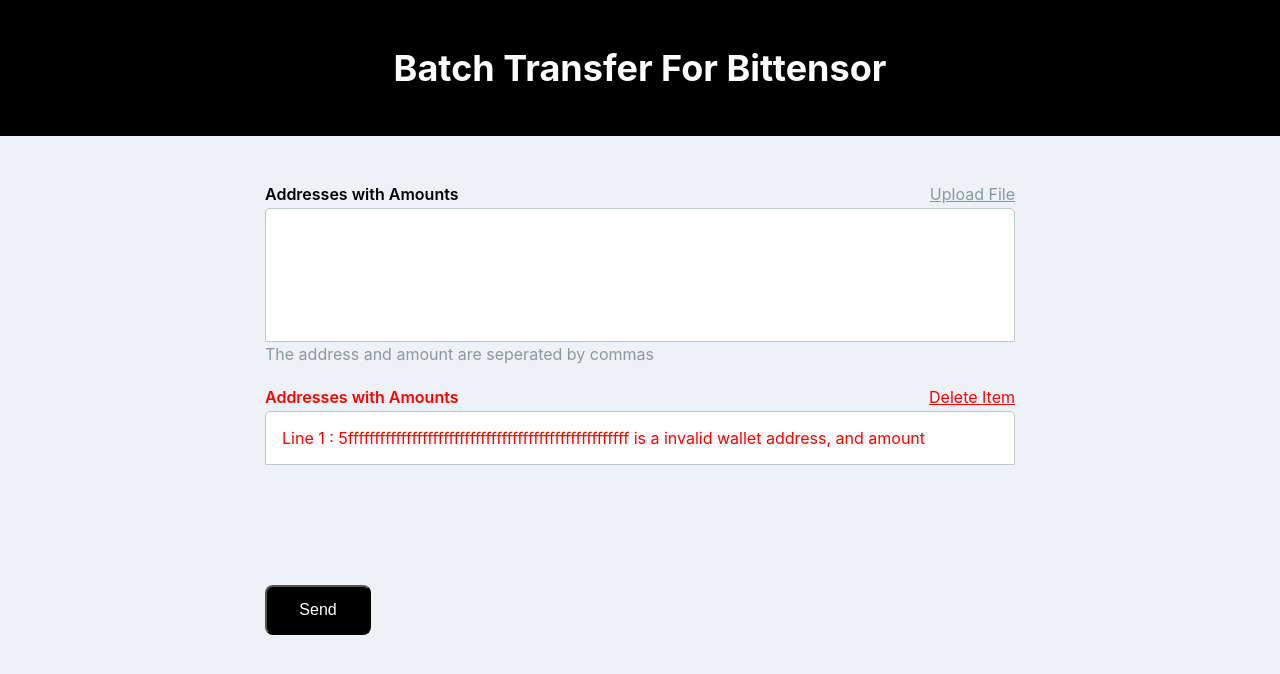
Repository: Dawid-Ace/batch_transfer_tao_master_ui
Page: /
An editor plug-in stored every save of this project. The page is shown before and after a run of saves, followed by the edit.
The browser window is 1280 px wide. The pictures show the whole page.
The project was rebuilt for these pictures with package versions that can differ from the ones it lists, and the page was loaded fresh each time.

Above is the page before, as saved 2023-05-10 05:01:43.

After the next 2 saves:
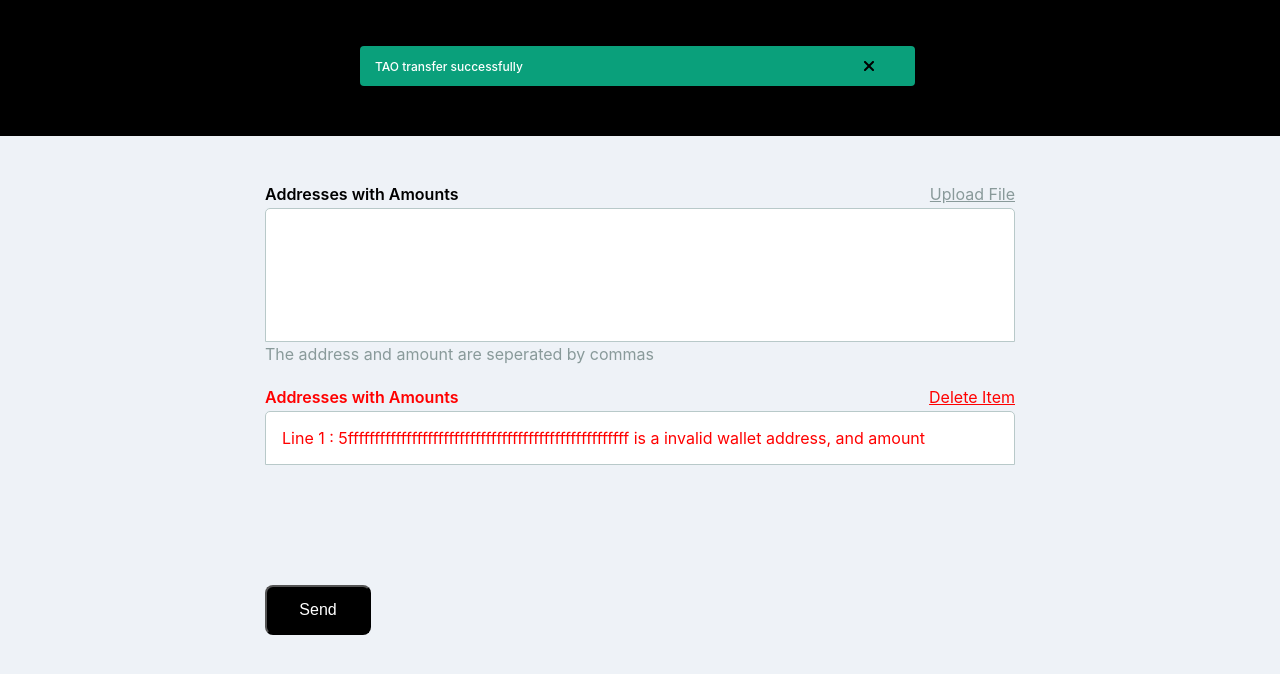
The 2 saves are shown as one change because 1 did not build or start.
The last was saved 33 s later.
--- a/src/App.js
+++ b/src/App.js
@@ -7,6 +7,7 @@
     <div className="app-container">
       <div className="header-container">
         Batch Transfer For Bittensor
+        <TransferSuccess />
       </div>
 
       <div className="main-container">
--- a/src/components/TransferSuccess/index.jsx
+++ b/src/components/TransferSuccess/index.jsx
@@ -1,6 +1,6 @@
 import styled from 'styled-components';
 
-const TransferSuccess = () => {
+export const TransferSuccess = () => {
 
   const TransferSuccess = styled.div`
     display: flex;
